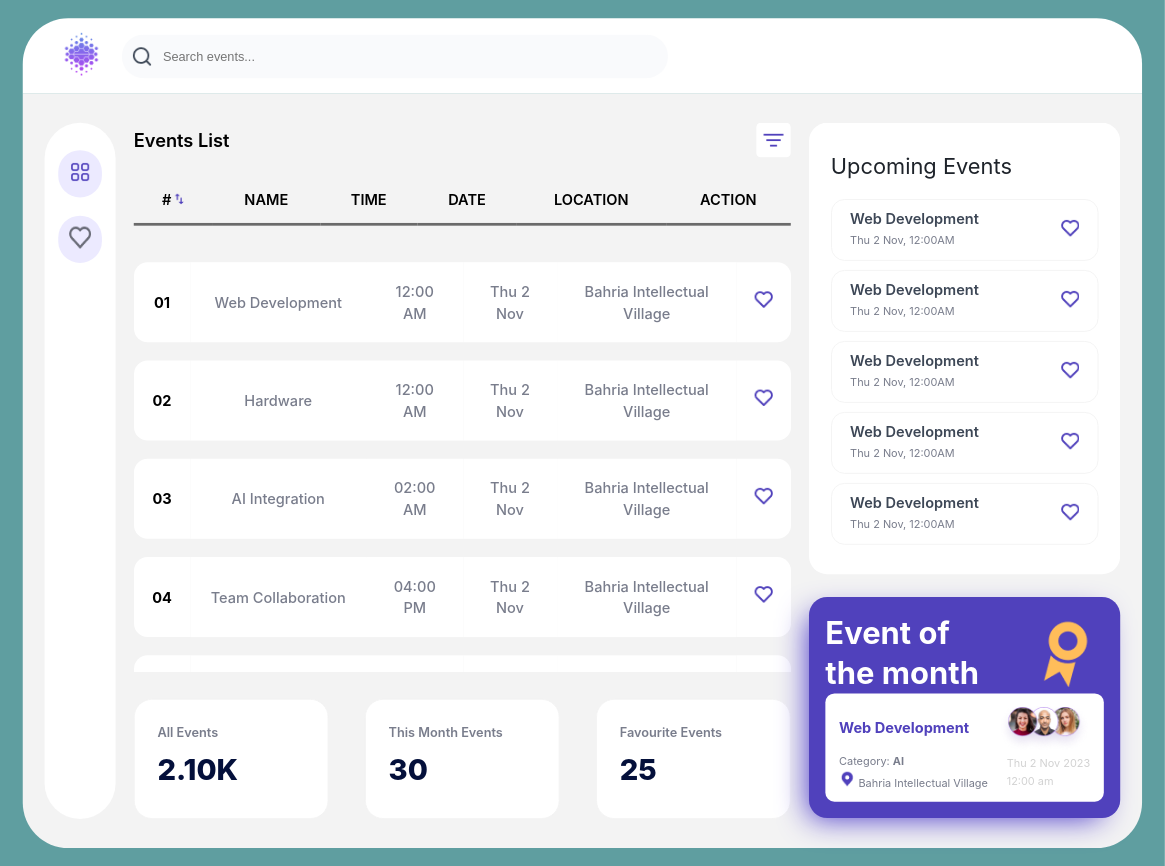
Repository: ahmadunitedsol710/react-dashboard
Page: /, after clicking the first element matching `tr.body_row`
The author's editor kept a copy of each file at every save. The page is drawn from the files as they stood at one save, then again after a run of saves.
The browser window is 1280 px wide. The pictures show the whole page, at 91% of full size.
An inner scrolling area shows only its first screen. The project was rebuilt for these pictures with package versions that can differ from the ones it lists, and the page was loaded fresh each time.

Above is the page before, as saved 2024-08-01 17:08:15.

### src/App.js
// import {BrowserRouter as Router, Routes, Route} from 'react-router-dom';
import Header from './Components/Header/index';
import Events from './Components/Body/Events';
import './App.css';

function App() {
  return (
    <div className="App container">
    {/* <Router>
      <Routes>
          <Route path="/" exact element={<Header/>}/>
      </Routes>
    </Router> */}
    <Header/>
    <Events/>
    </div>
  );
}

export default App;

### src/Components/Header/index.js
import '../../App.css';
import logo from '../../Images/logo.png'

const Index = () => {

    return (
        <>
            <div className="header">
                <div className="logo">
                    <img src={logo} alt="logo" />
                </div>
                <div className="search_box">
                    <input type="search"  name="search" placeholder='Search events...' className='srch'/>
                </div>
            </div>
        </>
    )
}

export default Index;

### src/Components/Body/Events.js
import '../../App.css';
import Sidebar from './Sidebar';
import List from './Eventlist';
import Upcommingevent from './Upcomingevent';
import Monthlyevent from './Monthlyevent'
import { useEffect, useState } from 'react';

const Events = () => {
    const [showfav, setshowfav] = useState(false)
    const tabledata = [
        {id:"01",name:"Web Development",time:'12:00 AM',date:"Thu 2 Nov",location:"Bahria Intellectual Village"},

        {id:"02",name:"Hardware",time:'12:00 AM',date:"Thu 2 Nov",location:"Bahria Intellectual Village"},

        {id:"03",name:"AI Integration",time:'02:00 AM',date:"Thu 2 Nov",location:"Bahria Intellectual Village"},

        {id:"04",name:"Team Collaboration",time:'04:00 PM',date:"Thu 2 Nov",location:"Bahria Intellectual Village"},

        {id:"05",name:"Front End Development",time:'06:00 PM',date:"Thu 2 Nov",location:"Bahria Intellectual Village"},

        {id:"06",name:"Front End Development",time:'06:00 PM',date:"Thu 2 Nov",location:"Bahria Intellectual Village"},

        {id:"07",name:"Front End Development",time:'06:00 PM',date:"Thu 2 Nov",location:"Bahria Intellectual Village"},

        {id:"08",name:"Front End Development",time:'06:00 PM',date:"Thu 2 Nov",location:"Bahria Intellectual Village"}
   ]

   const [storedData, setStoredData] = useState([])
   useEffect(()=>{
    setStoredData(localStorage.getItem("favourite") ? JSON.parse([localStorage.getItem("favourite")]) : [])
   }, [])

   const eventdata = [
    {id:1, name:"Web Development",date_time:'Thu 2 Nov, 12:00AM'},
    {id:2, name:"Web Development",date_time:'Thu 2 Nov, 12:00AM'},
    {id:3, name:"Web Development",date_time:'Thu 2 Nov, 12:00AM'},
    {id:4, name:"Web Development",date_time:'Thu 2 Nov, 12:00AM'},
    {id:5, name:"Web Development",date_time:'Thu 2 Nov, 12:00AM'},
    {id:6, name:"Web Development",date_time:'Thu 2 Nov, 12:00AM'},
    {id:7, name:"Web Development",date_time:'Thu 2 Nov, 12:00AM'},
    {id:8, name:"Web Development",date_time:'Thu 2 Nov, 12:00AM'},
    {id:9, name:"Web Development",date_time:'Thu 2 Nov, 12:00AM'}
]

   const [storedList, setStoredList] = useState([])
   useEffect(()=>{
    setStoredList(localStorage.getItem("list") ? JSON.parse([localStorage.getItem("list")]) : [])
   }, [])



    return (
        <>
            <div className="events">
                <div className='parent_block'>
                    <Sidebar setshowfav={setshowfav}/>
                    <List showfav={showfav} favdata={storedData} tabledata={tabledata} setStoredData={setStoredData}/>

                     <div className='child_block'>
                        <Upcommingevent showfav={showfav} favdata={storedList} eventdata={eventdata} setStoredList={setStoredList}/>
                        {!showfav && <Monthlyevent/> }
                    </div>

                </div>
            </div>
        </>
    )
}

export default Events;

### src/App.css
body {
  background-color: cadetblue;
}

.container {
  max-width: 1440px;
  margin: 20px auto;
  padding: 0 25px;
  box-sizing: border-box;
}

.App-logo {
  height: 40vmin;
  pointer-events: none;
}

@media (prefers-reduced-motion: no-preference) {
  .App-logo {
    animation: App-logo-spin infinite 20s linear;
  }
}

.App-header {
  background-color: #282c34;
  min-height: 100vh;
  display: flex;
  flex-direction: column;
  align-items: center;
  justify-content: center;
  font-size: calc(10px + 2vmin);
  color: white;
}

.App-link {
  color: #61dafb;
}

@keyframes App-logo-spin {
  from {
    transform: rotate(0deg);
  }
  to {
    transform: rotate(360deg);
  }
}

::-webkit-scrollbar {
  width: 5px;
}

/* Track */
::-webkit-scrollbar-track {
  box-shadow: inset 0 0 5px grey;
  border-radius: 10px;
}

/* Handle */
::-webkit-scrollbar-thumb {
  background: #D9D9D9;
  border-radius: 10px;
}

/* Handle on hover */
::-webkit-scrollbar-thumb:hover {
  background: #6e6e6e;
}


/* Header */
.header { display: flex; justify-content: center; align-items: center; gap: 20px; background-color: #ffffff; padding: 15px 40px; border-radius: 50px 50px 0 0; }

.header .search_box { position: relative; width: 100%; }

.header .search_box .srch { background-image: url(./Images/Search.png); background-repeat: no-repeat; background-color: #F9FAFC; background-position: 10px center; border: none; padding: 13px 45px; width: 600px; border-radius: 50px; font-size: 14px; font-weight: 400; color: #3D4756; line-height: 22px; }


/* Events */
.events { background-color: #f3f3f3; padding: 32px 24px; box-sizing: border-box; border-radius: 0 0 50px 50px; }

.events .parent_block { display: flex; gap: 20px; justify-content: space-between; }

.events .parent_block .child_block { max-width: 380px; width: 100%; }

/* Sidebar */
.sidebar { display: flex; flex-direction: column; background-color: #ffffff; max-width: 80px; padding: 30px 15px; box-sizing: border-box; border-radius: 40px; }

.image { background-color: #ECEAFF; margin-bottom: 20px; border-radius: 25px; }

.sidebar_img { width: 24px; height: 24px; padding: 12px; }

/* Event list */
.event_details { /*max-width: 850px; */ width: calc(100% - 460px); }

.event_details .evenlist .main { display: flex; justify-content: space-between; align-items: center; }

.event_details .evenlist .main .heading { font-size: 20px; font-weight: 600; line-height: 30px; margin: 0; }

.event_details .evenlist .main .filter { background-color: #ffffff; padding: 5px; border-radius: 5px; box-sizing: border-box; }

table { border-collapse: separate; border-spacing: 0 20px;  width: 100%}

.tbody_container { overflow-y: auto; max-height: 470px; }

th { text-align: center; font-size: 16px; font-weight: 600; line-height: 22px; padding: 15px 20px; box-sizing: border-box; border-bottom: 3px solid #6a6a6a; }

.index { font-size: 16px; font-weight: bolder; line-height: 24px; }

.body_row td { background-color: #ffffff; padding: 20px; text-align: center; }

.body_row td:first-child { border-radius: 15px 0 0 15px; }

.body_row td:last-child { border-radius: 0 15px 15px 0; }

.body_row .details { font-size: 16px; font-weight: 500; line-height: 24px; color: #797d8c; }

.cards { display: flex; align-items: center; gap: 40px; margin-top: 30px; }

.cards .all_events, .cards .this_month, .cards .fav_events { background-color: #ffffff; border-radius: 20px; border: 1px solid #f3f3f3; width: 260px; padding: 25px 25px 33px; box-sizing: border-box; }

.cards .text { color: #797d8c; font-size: 14px; font-weight: 600; line-height: 22px; margin: 0; }

.cards .title { font-size: 32px; line-height: 40px; font-weight: 800; margin: 10px 0 0; color: #04103b; }



/* Upcoming events */
.upcomingevents { background-color: #ffffff; border-radius: 20px; padding: 32px 24px; box-sizing: border-box; }

.upcomingevents .title { font-size: 24px; line-height: 32px; font-weight: 400; color: #1e232a; margin: 0 0 20px; }

.upcomingevents .events_list { margin: 0; padding: 0; height: 380px; overflow-y: auto; }

.upcomingevents .events_list .event { border: 1px solid #f3f3f3; list-style-type: none; border-radius: 15px; padding: 10px 20px; display: flex; align-items: center; justify-content: space-between; margin-bottom: 10px; }

.upcomingevents .events_list .event:last-child { margin-bottom: 0; }

.upcomingevents .events_list .event .event_title { font-size: 16px; font-weight: 600; line-height: 22px; color: #3d4756; margin: 0; }

.upcomingevents .events_list .event .event_date_time { font-size: 12px; font-weight: 400; line-height: 24px; color: #797D8C; margin: 0; }


/* Monthly event */
.monthly_event { background-color: #5041bc; color: #ffffff; padding: 18px; box-sizing: border-box; border-radius: 20px; margin-top: 25px; box-shadow: -10px 10px 33px -10px #4533C9; }

.monthly_event .upper_part { display: flex; justify-content: space-between; align-items: center; }

.monthly_event .upper_part .heading { max-width: 180px; margin: 0; font-size: 34px; font-weight: 700; line-height: 44px; }

.bottom_part { background-color: #ffffff; color: #5041BC; border-radius: 10px; padding: 10px 15px; }

.bottom_part .first_row, .bottom_part .second_row { display: flex; justify-content: space-between; align-items: center; }

.bottom_part .first_row .course_title { margin: 0; font-size: 16px; font-weight: 700; line-height: 26px; }

.bottom_part .second_row { font-size: 12px; font-weight: 400; line-height: 20px; }

.bottom_part .second_row .cat_loc { color: #797D8C; }

.bottom_part .second_row .date_time { color: #D2D2D2; }




/* Detail Popup */
.detailpopup {
  position: relative;
  display: block;
}

.inner_detail {
  position: absolute;
  background-color: #ffffff;
  transform: translate(-50%);
  left: 50%;
}

### src/Components/Body/Sidebar.js
import '../../App.css';
import grid from '../../Images/grid.png';
import favourite from '../../Images/fav.png'

const sidebar = ({setshowfav}) => {

    return (
        <>
            <div className="sidebar">
                <div className="image">
                    <img src={grid} alt="grid" className='sidebar_img' onClick={()=>setshowfav(false)}/>
                </div>
                <div className="image">
                    <img src={favourite} alt="favourite" className='sidebar_img' onClick={()=>setshowfav(true)}/>
                </div>
            </div>
        </>
    )
}

export default sidebar;

### src/Components/Body/Eventlist.js
import '../../App.css';
import swap from '../../Images/swap.png';
import emptyfav from '../../Images/empty_fav.png'
import fillfav from '../../Images/fill_fav.png'
import filter from '../../Images/filter.png'
import { useEffect, useState } from 'react';
import Detailpopup from './Detailpopup';

const Eventlist = ({showfav, favdata, tabledata, setStoredData}) => {
    const [showModal, setShowModal] = useState(false)


    const add_fav = (data) => {
        const isFav = favdata.some(favitem => favitem.id === data.id)

        if (isFav) {
            // setStoredData(favdata.filter(favitem => favitem.id !== data.id));
            const updatedFavData = favdata.filter(favItem => favItem.id !== data.id);
            setStoredData(updatedFavData);
            localStorage.setItem("favourite", JSON.stringify(updatedFavData))

            console.log("else 1")
        }
        else {
            const updatedFavData = [...favdata, data];
            setStoredData(updatedFavData);
            localStorage.setItem("favourite", JSON.stringify(updatedFavData))
            console.log("else 2")
        }
    };

       const all_events = {text:"All Events", title:"2.10K"}
       const this_month = {text:"This Month Events", title:"30"}
       const fav_events = {text:"Favourite Events", title:"25"}
    return (
        <>
            <div className="event_details">
                <div className="evenlist">
                    <div className="main">
                        <h2 className='heading'>Events List</h2>
                        <img src={filter} alt="filter" className='filter' />
                    </div>
                    <div className="table_data">
                        <table className="table">
                            <thead className='table_head'>
                                <tr>
                                    <th># <img src={swap} alt="swap" /> </th>
                                    <th>NAME</th>
                                    <th>TIME</th>
                                    <th>DATE</th>
                                    <th>LOCATION</th>
                                    <th>ACTION</th>
                                </tr>
                            </thead>
                        </table>
                        <div className="tbody_container">
                            <table>
                                <tbody>
                                    {!showfav ? tabledata.map((data)=>(
                                        <tr className='body_row' key={data.id} onClick={()=>setShowModal(true)}>
                                        <td className='index' data-label="index">{data?.id}</td>
                                        <td className='details' data-label="name">{data?.name}</td>
                                        <td className='details' data-label="time">{data?.time}</td>
                                        <td className='details' data-label="date">{data?.date}</td>
                                        <td className='details' data-label="location">{data?.location}</td>
                                        <td className='details' data-label="location"> <img src={favdata.some(favitem => favitem.id === data.id) ? fillfav : emptyfav} alt="favourite"
                                        onClick={()=>add_fav(data)}/></td>
                                    </tr>)) :
                                    favdata.map((data)=>(
                                        <tr className='body_row' key={data.id} onClick={()=>setShowModal(true)}>
                                        <td className='index' data-label="index">{data?.id}</td>
                                        <td className='details' data-label="name">{data?.name}</td>
                                        <td className='details' data-label="time">{data?.time}</td>
                                        <td className='details' data-label="date">{data?.date}</td>
                                        <td className='details' data-label="location">{data?.location}</td>
                                        <td className='details' data-label="location"> <img src={favdata.some(favitem=>favitem.id === data.id) ? fillfav : emptyfav} alt="favourite"
                                        onClick={()=>add_fav(data)}/></td>
                                    </tr>
                                    ))}
                                </tbody>
                            </table>
                        </div>
                    </div>
                </div>

             {!showfav &&   <div className="cards">
                    <div className="all_events">
                        <p className='text'>{all_events.text}</p>
                        <h2 className='title'>{all_events.title}</h2>
                    </div>
                    <div className="this_month">
                        <p className='text'>{this_month.text}</p>
                        <h2 className='title'>{this_month.title}</h2>
                    </div>
                    <div className="fav_events">
                        <p className='text'>{fav_events.text}</p>
                        <h2 className='title'>{fav_events.title}</h2>
                    </div>
                </div>}
            </div>
        </>
    )
}

export default Eventlist;

### src/Components/Body/Upcomingevent.js
import emptyfav from '../../Images/empty_fav.png'
import fillfav from '../../Images/fill_fav.png'

const Upcommingevent = ({showfav, eventdata, setStoredList, favdata}) => {

    const add_fav = (list) => {
        const isFav = favdata.some(favitem => favitem.id === list.id)

        if (isFav) {
            const updatedFavData = favdata.filter(favItem => favItem.id !== list.id);
            setStoredList(updatedFavData);
            localStorage.setItem("list", JSON.stringify(updatedFavData))
            console.log("else 1")
        }
        else {
            const updatedFavData = [...favdata, list];
            setStoredList(updatedFavData);
            localStorage.setItem("list", JSON.stringify(updatedFavData))
            console.log("else 2")
        }
    };

    return (
        <>  {/* add multiple tags when use empty tags */}
            <div className="upcomingevents">
                <h2 className="title">Upcoming Events</h2>

                <ul className="events_list">
                    {!showfav ? eventdata.map((list) => (
                        <li className="event" key={list.id}>
                            <div className="title_date_time">
                                <p className="event_title">{list.name}</p>
                                <p className="event_date_time">{list.date_time}</p>
                            </div>
                            <div>
                                <img src={favdata.some(favitem => favitem.id === list.id) ? fillfav : emptyfav} alt="emptyfav"
                                onClick={()=>add_fav(list)}/>
                            </div>
                        </li>
                    )) :
                    favdata.map((list) => (
                        <li className="event" key={list.id}>
                            <div className="title_date_time">
                                <p className="event_title">{list.name}</p>
                                <p className="event_date_time">{list.date_time}</p>
                            </div>
                            <div>
                                <img src={favdata.some(favitem => favitem.id === list.id) ? fillfav : emptyfav} alt="emptyfav"
                                onClick={()=>add_fav(list)}/>
                            </div>
                        </li>
                    ))}
                </ul>
            </div>
        </>
    )

}

export default Upcommingevent;

### src/Components/Body/Monthlyevent.js
import loc from '../../Images/location.png'
import teacher_img from '../../Images/user.png'
import pin from '../../Images/pin.png'


const MonthlyEvent = () => {
    const course_details = {name:"Web Development", image:teacher_img, category:"AI", location:"Bahria Intellectual Village", date:"Thu 2 Nov 2023", time:"12:00 am" }
    return (
        <>
        <div className="monthly_event">
            <div className="upper_part">
                <h1 className="heading">Event of the month</h1>
                <img src={loc} alt="location" />
            </div>

            <div className="bottom_part">
                <div className="first_row">
                    <h3 className='course_title'>{course_details.name}</h3>
                    <img src={course_details.image} alt="teachers" />
                </div>
                <div className="second_row">
                    <div className="cat_loc">
                        <div>Category: <strong>{course_details.category}</strong></div>
                        <div> <img src={pin} alt="pin" />  {course_details.location}</div>
                    </div>
                    <div className="date_time">
                        <div className="date">{course_details.date}</div>
                        <div className="time">{course_details.time}</div>
                    </div>
                </div>
            </div>
        </div>
        </>
    )
}


export default MonthlyEvent;

### src/Components/Body/Detailpopup.js

import pin from '../../Images/pin.png'

const Detailpopup = () => {
    return (
        <>
        <div className="detailpopup">
            <div className="inner_detail">
            Lorem ipsum dolor sit amet consectetur adipisicing elit. Reiciendis dolores temporibus, dicta optio beatae harum adipisci, ex est nam debitis exercitationem voluptatibus nulla atque! Iure nesciunt veniam officia et perferendis sint quo voluptatum. Eaque eius, exercitationem corporis similique sequi enim distinctio fuga veritatis nobis, doloribus facilis quam culpa? Ipsam repellendus, numquam assumenda quis necessitatibus harum architecto pariatur exercitationem nisi, dolores tempore at quos sapiente, odio possimus illum! Illum facere perferendis debitis commodi quia molestiae autem, libero vel porro voluptatem quidem ipsam non repellat exercitationem a iure doloribus perspiciatis numquam tempora consectetur veniam dolores? Libero ut, adipisci aliquam temporibus ullam maiores.
            </div>
        </div>
        </>
    )
}

export default Detailpopup;

Loaded but not shown: public/index.html (common file); src/index.js (common file); src/index.css (common file); src/reportWebVitals.js (common file)

After the next 2 saves:
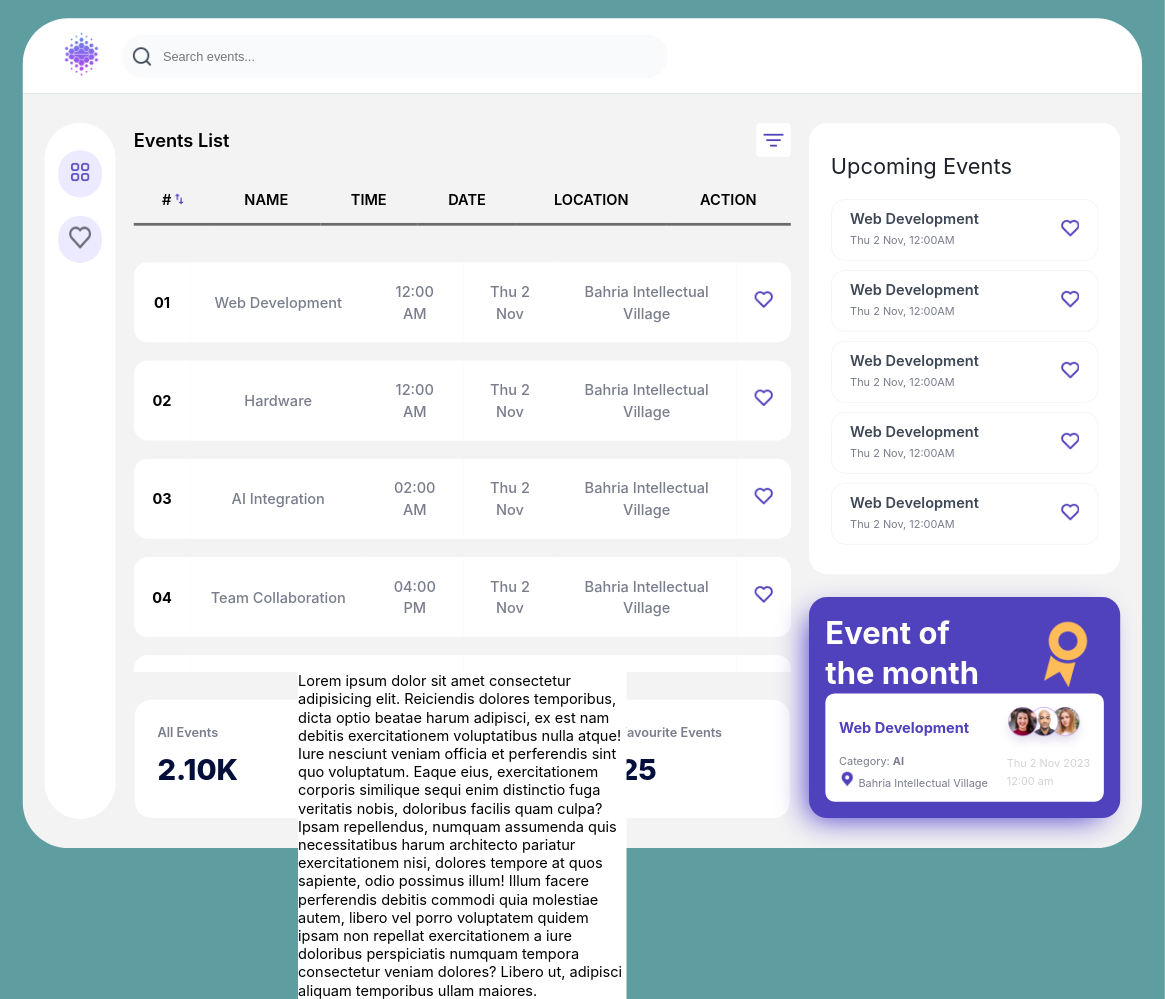
The 2 saves are shown as one change because they came seconds apart.
The last was saved 12 s later.
--- a/src/Components/Body/Eventlist.js
+++ b/src/Components/Body/Eventlist.js
@@ -81,6 +81,9 @@ const Eventlist = ({showfav, favdata, tabledata, setStoredData}) => {
                             </table>
                         </div>
                     </div>
+
+
+                    {showModal && <Detailpopup/>}
                 </div>
 
              {!showfav &&   <div className="cards">
